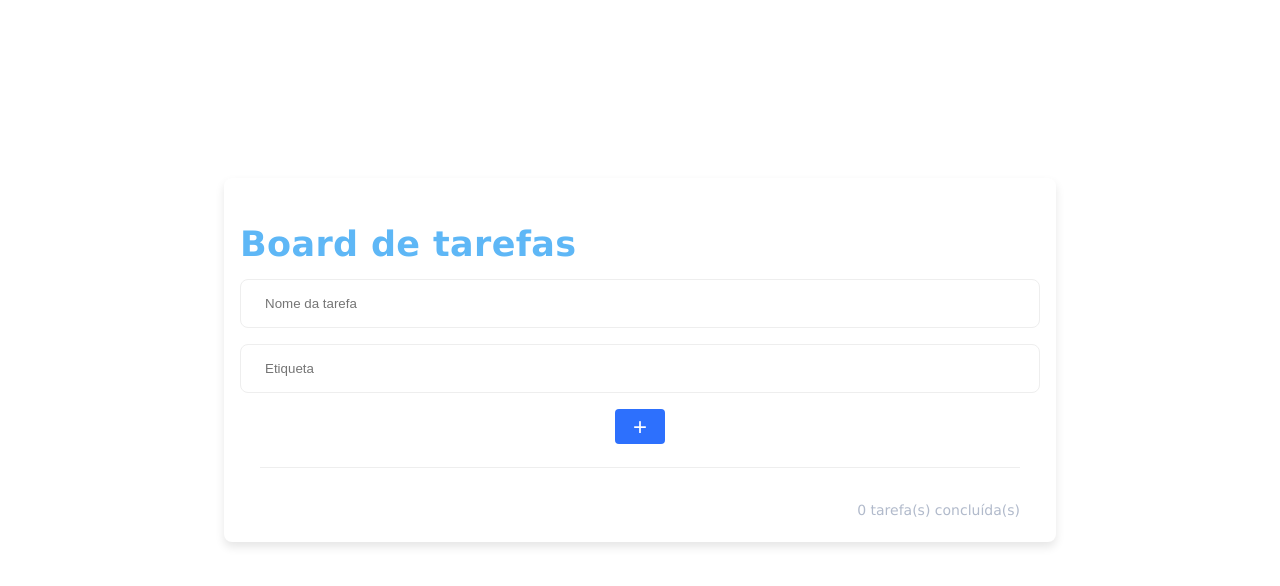
Repository: elasoares/RID187500_Desafio3
Page: index.html
An editor plug-in stored every save of this project. The page is shown before and after the next save, followed by the edit.
The browser window is 1280 px wide. The pictures show the whole page.

Above is the page before, as saved 2024-12-03 19:39:37.

After the next save:
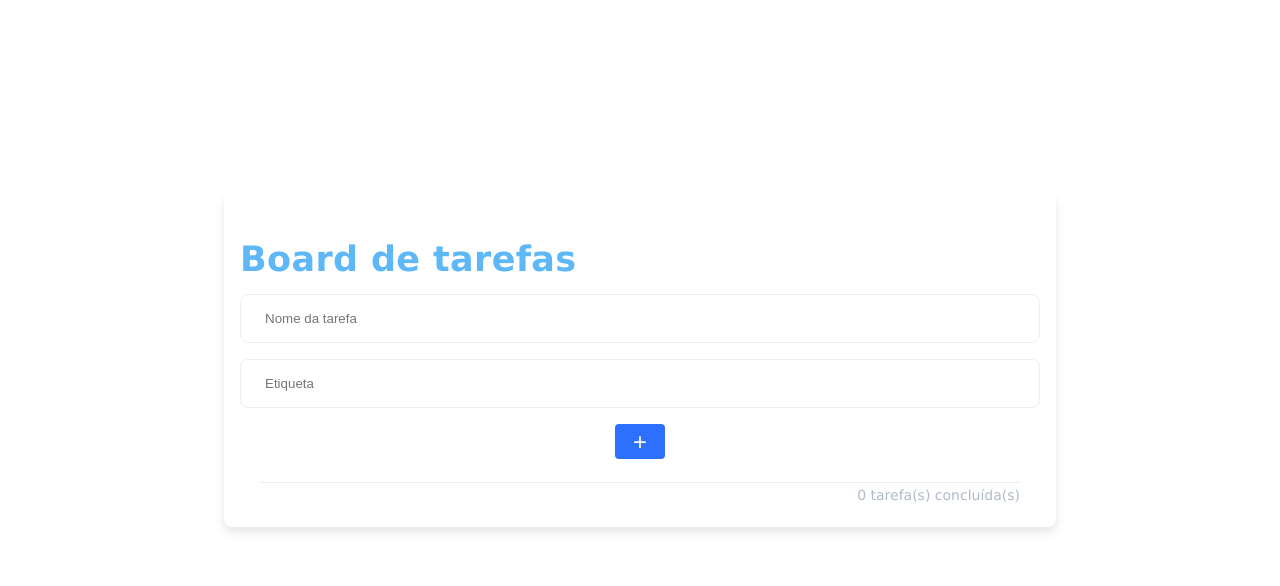
Saved 6 s later.
--- a/style.css
+++ b/style.css
@@ -240,7 +240,7 @@ input:focus {
     justify-content: flex-end;
     font-size: 1.6rem;
     align-items: flex-end;
-    height: 50px;
+    height: 20px;
     font-size: 1.4rem;
     color: #B1BACB;
     border-top:1px solid #EEEEEE;
